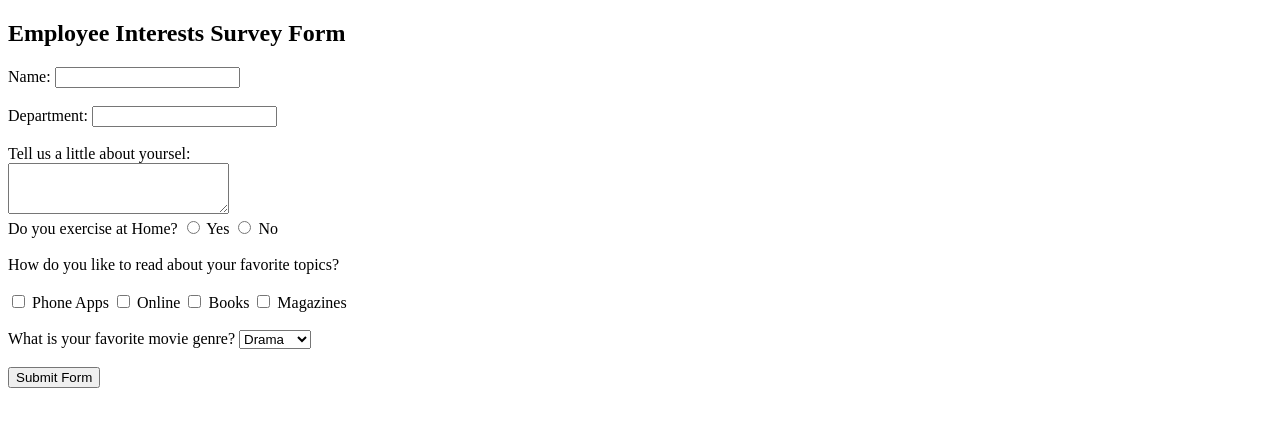
Repository: JoaoLemesDEV/Exercise-Survey-Form
Page: index.html
The author's editor kept a copy of each file at every save. The page is drawn from the files as they stood at one save, then again after the next save.
The browser window is 1280 px wide. The pictures show the whole page.

Above is the page before, as saved 2021-10-10 18:36:18.

After the next save:
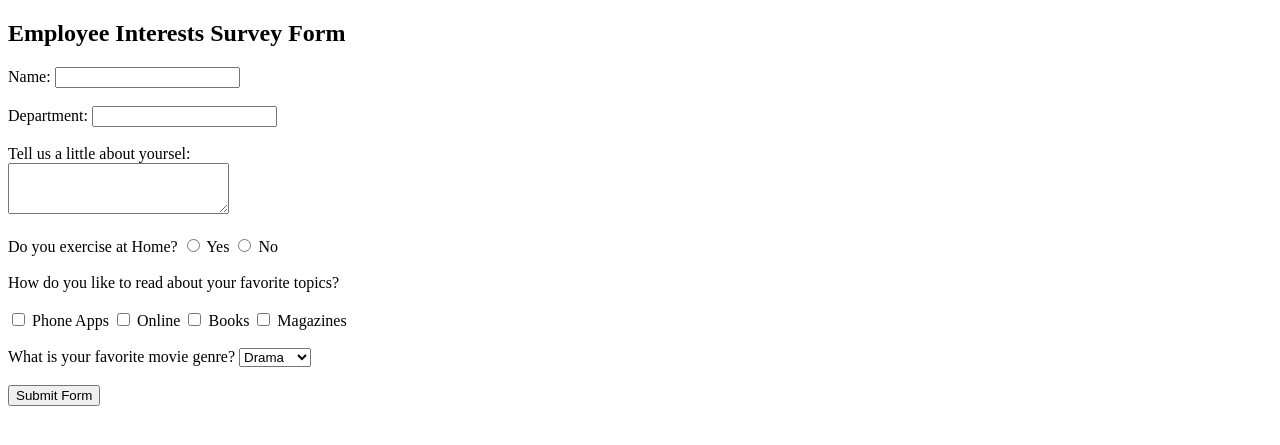
Saved 42 s later.
--- a/index.html
+++ b/index.html
@@ -14,7 +14,7 @@
       <label for="dep">Department:</label>
       <input type="text" name="dep" id="" required /><br /><br />
       <label for="message">Tell us a little about yoursel:</label><br />
-      <textarea name="message" id="message" cols="25" rows="3"></textarea><br />
+      <textarea name="message" id="message" cols="25" rows="3"></textarea><br /><br>
       <label for="question01">Do you exercise at Home?</label>
       <input type="radio" name="question01" id="question01" />
       <label for="question01">Yes</label>
